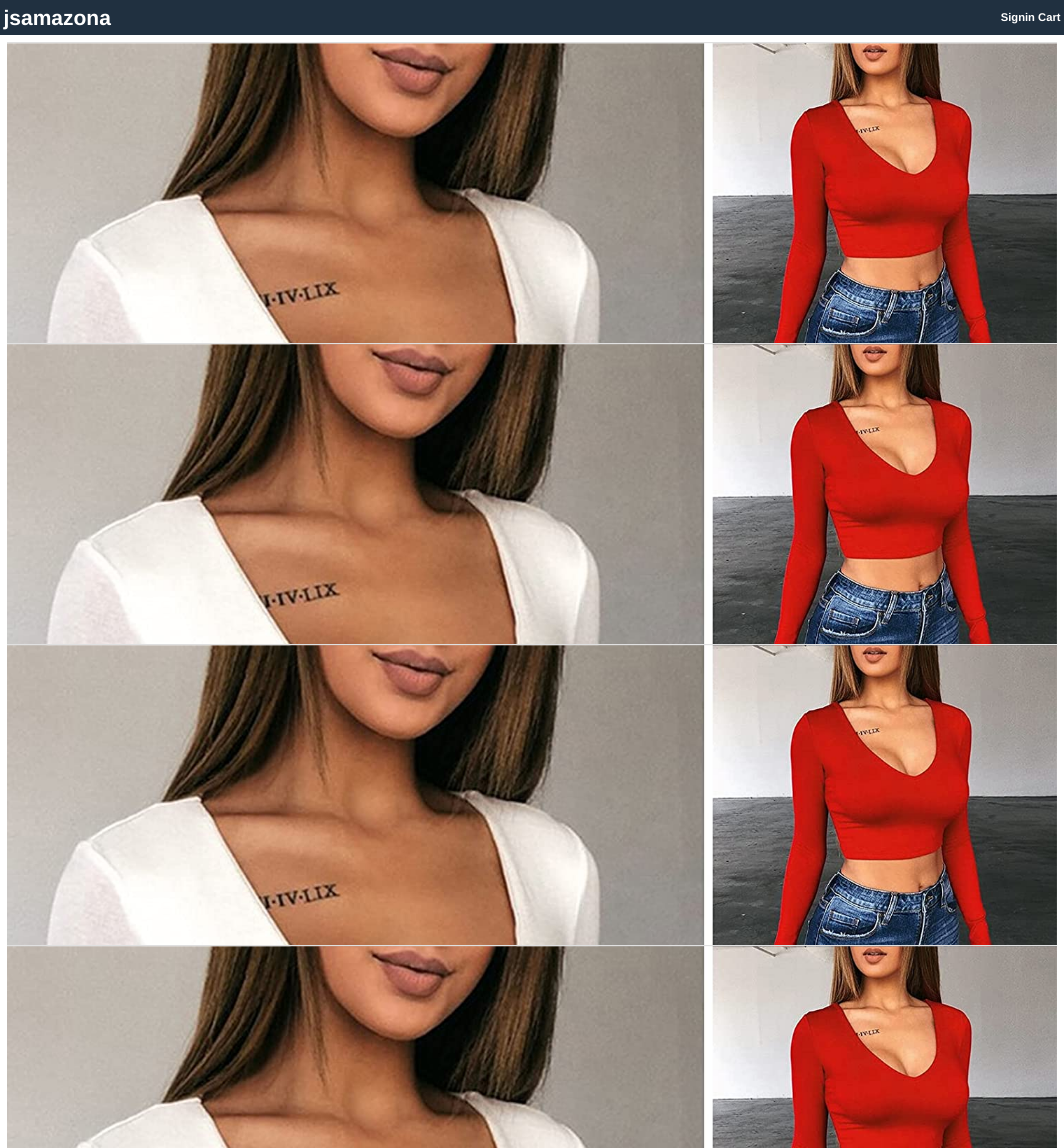
Repository: Mardoqueu/ecommerce-website
Page: jsamazona/frontend/src/index.html
These files come from the project's save history. The page is drawn as it stood at one moment and after the next save; the edit follows.
The browser window is 1280 px wide. The page is 1520 px wide, then 1280 px, so the pictures cover 1520 px, including what lies to the right of the window. The pictures show the part of the page from y = 0 to 1640 px (the page is 3770 px tall before and 960 px after), at 70% of full size.

Above is the page before, as saved 2022-09-12 10:25:28.

### jsamazona/frontend/src/index.html
<!DOCTYPE html>
<html lang="en">
  <head>
    <meta charset="UTF-8" />
    <meta http-equiv="X-UA-Compatible" content="IE=edge" />
    <meta name="viewport" content="width=device-width, initial-scale=1.0" />
    <link rel="stylesheet" href="style.css" />
    <title>JS Amazona</title>
  </head>
  <body>
    <div class="grid-container">
      <header>
        <div class="brand">
          <a href="/#/">jsamazona</a>
        </div>
        <div>
          <a href="/#/signin">Signin</a>
          <a href="/#/cart">Cart</a>
        </div>
      </header>
      <main>
        <div>
          <ul class="products">
            <li>
              <div class="product">
                <a href="/#/products/1">
                  <img src="images/product-1.jpg" alt="product 1" />
                </a>
                <div class="product-name">
                  <a href="/#/products/1">
                    ANMM Mulheres sexy Crop Tops Basic Slim
                  </a>
                </div>
                <div class="product-brand">Nike</div>
                <div class="product-price">$100</div>
              </div>
            </li>
            <li>
              <div class="product">
                <a href="/#/products/1">
                  <img src="images/product-1.jpg" alt="product 1" />
                </a>
                <div class="product-name">
                  <a href="/#/products/1">
                    ANMM Mulheres sexy Crop Tops Basic Slim
                  </a>
                </div>
                <div class="product-brand">Nike</div>
                <div class="product-price">$100</div>
              </div>
            </li>
            <li>
              <div class="product">
                <a href="/#/products/1">
                  <img src="images/product-1.jpg" alt="product 1" />
                </a>
                <div class="product-name">
                  <a href="/#/products/1">
                    ANMM Mulheres sexy Crop Tops Basic Slim
                  </a>
                </div>
                <div class="product-brand">Nike</div>
                <div class="product-price">$100</div>
              </div>
            </li>
            <li>
              <div class="product">
                <a href="/#/products/1">
                  <img src="images/product-1.jpg" alt="product 1" />
                </a>
                <div class="product-name">
                  <a href="/#/products/1">
                    ANMM Mulheres sexy Crop Tops Basic Slim
                  </a>
                </div>
                <div class="product-brand">Nike</div>
                <div class="product-price">$100</div>
              </div>
            </li>
            <li>
              <div class="product">
                <a href="/#/products/1">
                  <img src="images/product-1.jpg" alt="product 1" />
                </a>
                <div class="product-name">
                  <a href="/#/products/1">
                    ANMM Mulheres sexy Crop Tops Basic Slim
                  </a>
                </div>
                <div class="product-brand">Nike</div>
                <div class="product-price">$100</div>
              </div>
            </li>
            <li>
              <div class="product">
                <a href="/#/products/1">
                  <img src="images/product-1.jpg" alt="product 1" />
                </a>
                <div class="product-name">
                  <a href="/#/products/1">
                    ANMM Mulheres sexy Crop Tops Basic Slim
                  </a>
                </div>
                <div class="product-brand">Nike</div>
                <div class="product-price">$100</div>
              </div>
            </li>
          </ul>
        </div>
      </main>
      <footer>All rights reserved @2022</footer>
    </div>
  </body>
</html>

### jsamazona/frontend/src/style.css
* {
    box-sizing: border-box;
  }
  html {
    font-size: 62.5%; /* 16px * 62.5 = 10px = 1rem */
  }
  body {
    height: 100vh;
    font: 1.6rem Helvetica, Arial;
    margin: 0;
  }
  .grid-container {
    display: grid;
    grid-template-areas:
      'header'
      'main'
      'footer';
    grid-template-columns: 1fr;
    grid-template-rows: 5rem 1fr 5rem;
    height: 100%;
  }

  header {
    grid-area: header;
    background-color: #203040;
    color: #ffffff;
    display: flex;
    justify-content: space-between;
    align-items: center;
    padding: 0.5rem;
  }
  header a {
    color: #ffffff;
    font-weight: bold;
    text-decoration: none;
  }
  header a:hover {
    color: #f08040;
  }

  .brand a {
    font-size: 3rem;
  }

  footer {
    background-color: #203040;
    display: flex;
    justify-content: center;
    align-items: center;
    color: #ffffff;
  }

/* Products */
.products {
    display: flex;
    flex-wrap: wrap;
    list-style-type: none;
    padding: 0;
    margin: 0;
    justify-content: center;
  }
  .products li {
    flex: 0 1 30rem;
    margin: 1rem;
    margin-bottom: 0;
    height: 42rem;
    border-top: 0.2rem #e0e0e0 solid;
  }
  .product {
    display: flex;
    flex-direction: column;
    justify-content: space-around;
    height: 100%;
  }

After the next save:
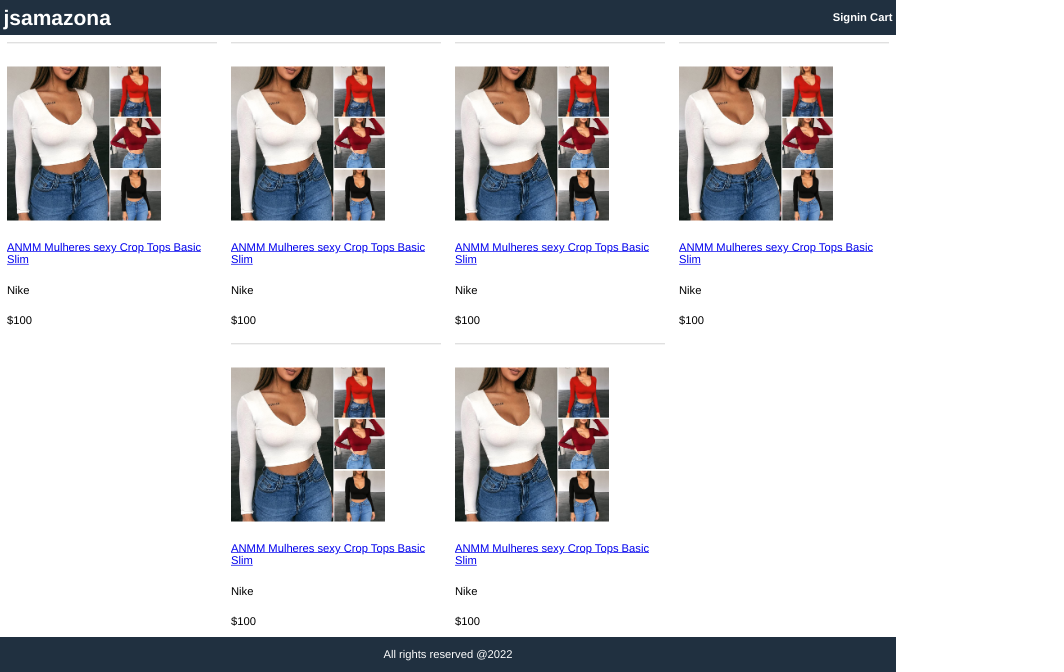
Saved 22 s later.
--- a/jsamazona/frontend/src/style.css
+++ b/jsamazona/frontend/src/style.css
@@ -72,3 +72,8 @@
     justify-content: space-around;
     height: 100%;
   }
+  .product img {
+    max-height: 26rem;
+    max-width: 22rem;
+    margin-top: 2rem;
+  }
